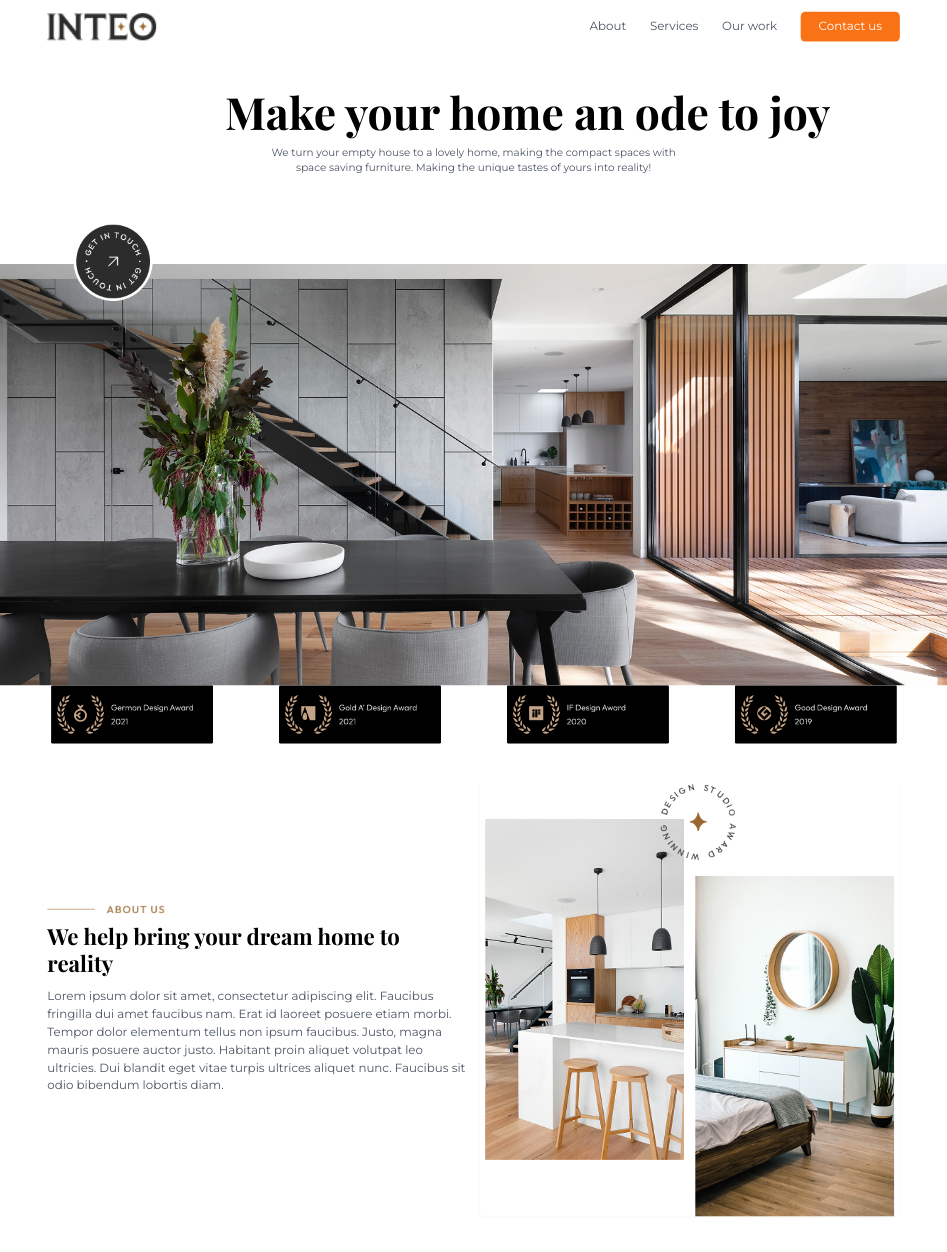
Repository: CatherinneJ/responsive-tailwind-website
Page: tailwind.html
An editor plug-in stored every save of this project. The page is shown before and after the next save, followed by the edit.
The browser window is 1280 px wide. The pictures show the whole page, at 74% of full size.
Some web libraries are served in a nearby version.

Above is the page before, as saved 2025-05-21 19:15:13.

After the next save:
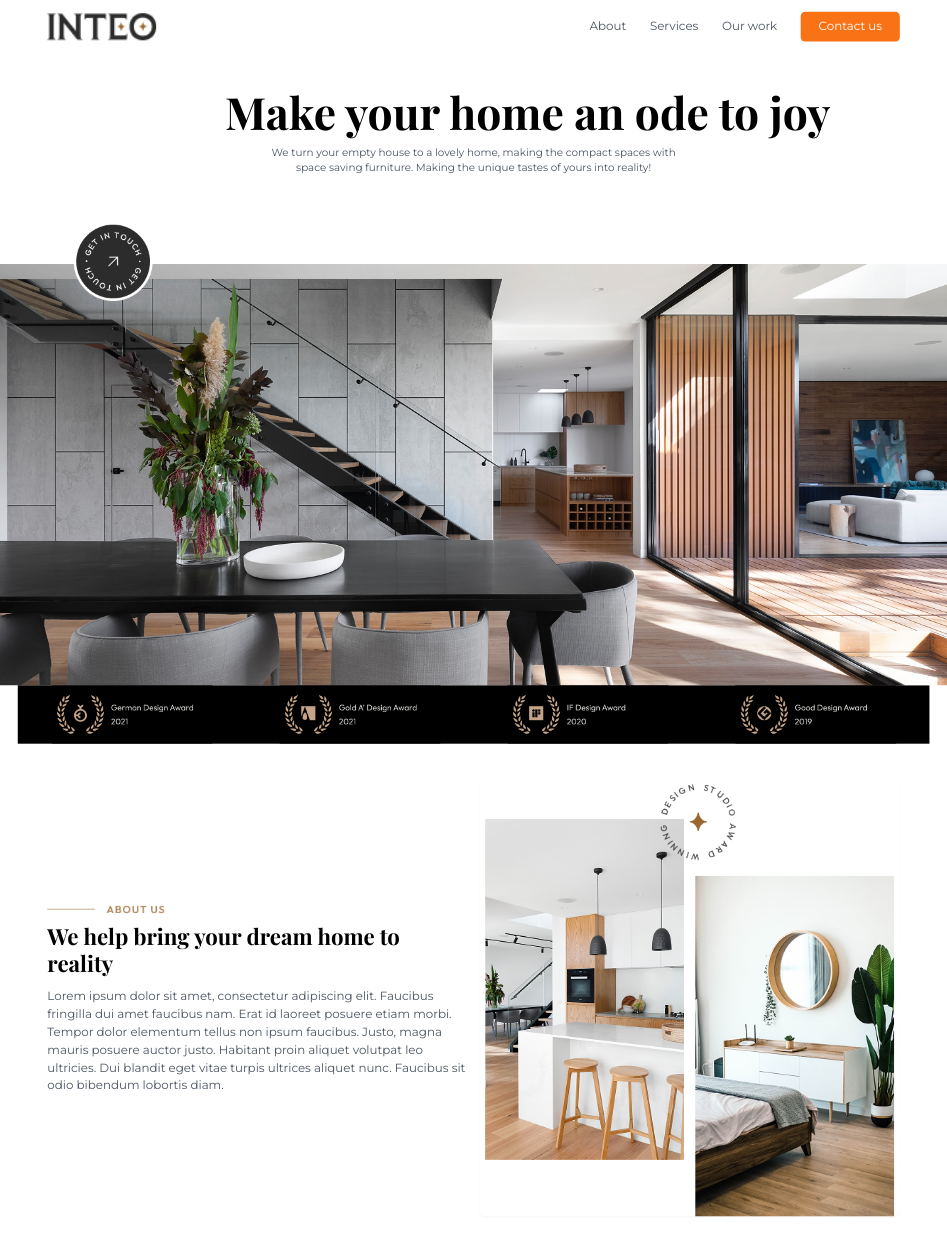
Saved 28 s later.
--- a/tailwind.html
+++ b/tailwind.html
@@ -42,7 +42,7 @@
     </section>
 
   <section id="awards" class="mt-0 px-4 sm:px-6">
- <div class="grid grid-cols-1 md:grid-cols-2 lg:grid-cols-4 gap-4 px-2">
+ <div class="grid grid-cols-1 md:grid-cols-2 lg:grid-cols-4 gap-4 px-2 bg-black">
        <img src="./Assets/Awards1.png" class="w-3/4 mx-auto bg-black p-2 rounded-sm" alt="award1">
 <img src="./Assets/Awards 2.png" class="w-3/4 mx-auto bg-black p-2 rounded-sm" alt="award2">
 <img src="./Assets/Awards 3.png" class="w-3/4 mx-auto bg-black p-2 rounded-sm" alt="award3">
